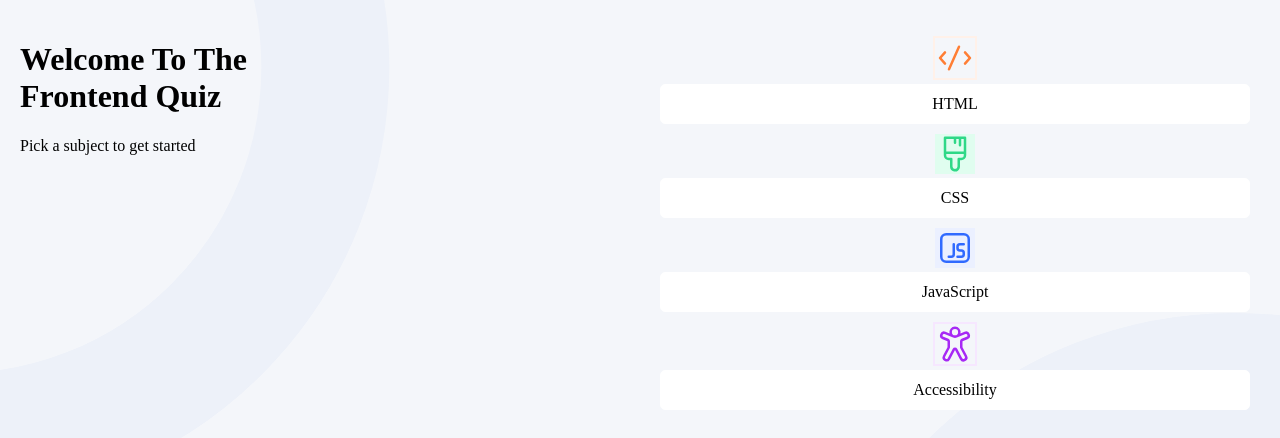
Repository: Daniel054311/Quiz-app-V1
Page: index.html
These files come from the project's save history. The page is drawn as it stood at one moment and after the next save; the edit follows.
The browser window is 1280 px wide. The pictures show the whole page.

Above is the page before, as saved 2024-01-28 14:38:09.

After the next save:
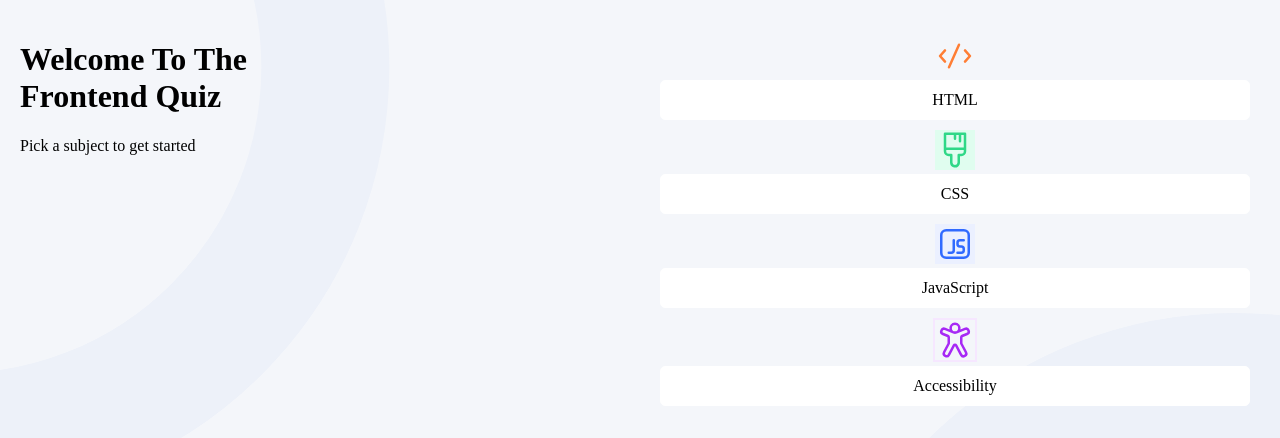
Saved 10 s later.
--- a/index.html
+++ b/index.html
@@ -17,7 +17,7 @@
             <div class="navigation">
                 <ul>
                   <li>
-                    <img src="./asset/images/icon-html.svg" alt="" style="border: 2px solid #fff1E9">
+                    <img src="./asset/images/icon-html.svg" alt="" style=" #fff1E9">
                     <a href="#html">HTML</a>
                 </li>
                   <li>
